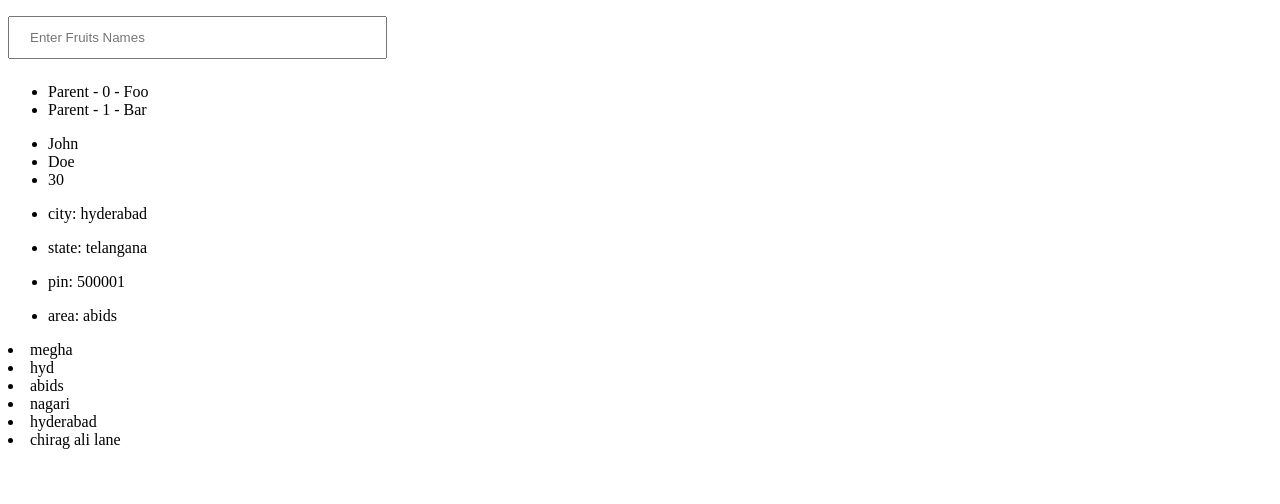
Repository: MeghaNagari/PracticeAtVMC
Page: Practice/VuePractice/WebContent/ListRendering.html
An editor plug-in stored every save of this project. The page is shown before and after the next save, followed by the edit.
The browser window is 1280 px wide. The pictures show the whole page.
Some web libraries are served in a nearby version.

Above is the page before, as saved 2018-03-20 05:50:41.

After the next save:
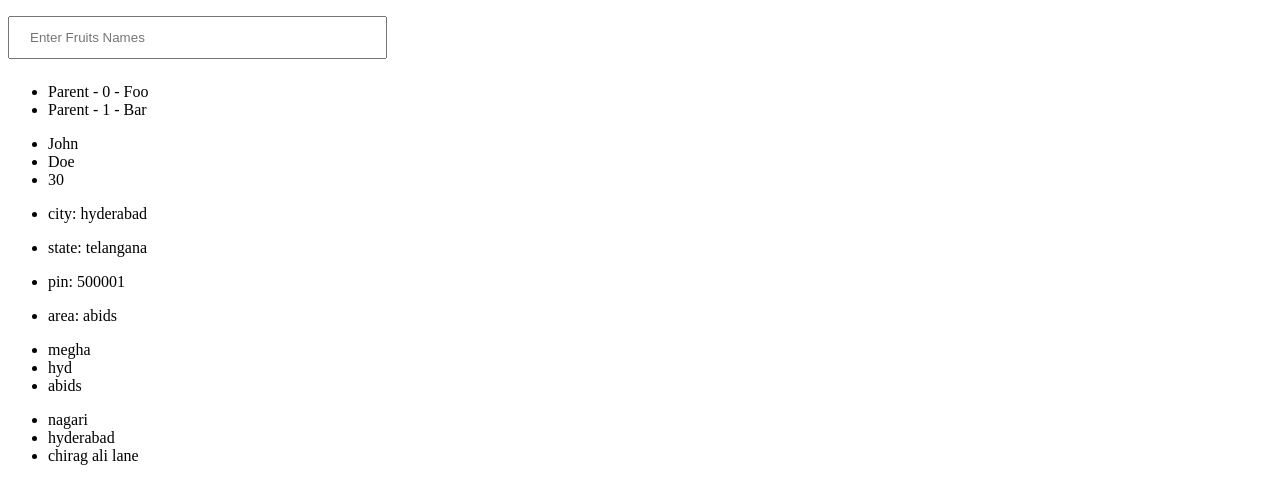
Saved 84 s later.
--- a/Practice/VuePractice/WebContent/ListRendering.html
+++ b/Practice/VuePractice/WebContent/ListRendering.html
@@ -55,11 +55,11 @@
 
 	<div id="test5">
 <div v-if:items.length>
-		<div v-for="item in items" :key="item.id">
+		<ul v-for="item in items" :key="item.id">
 		<li>{{item.name}}	</li>
 		<li>{{item.city}}</li>
 		<li>{{item.area}}</li>
-		</div>
+		</ul>
 		</div>
 		<p v-else>No item left</p>
 
